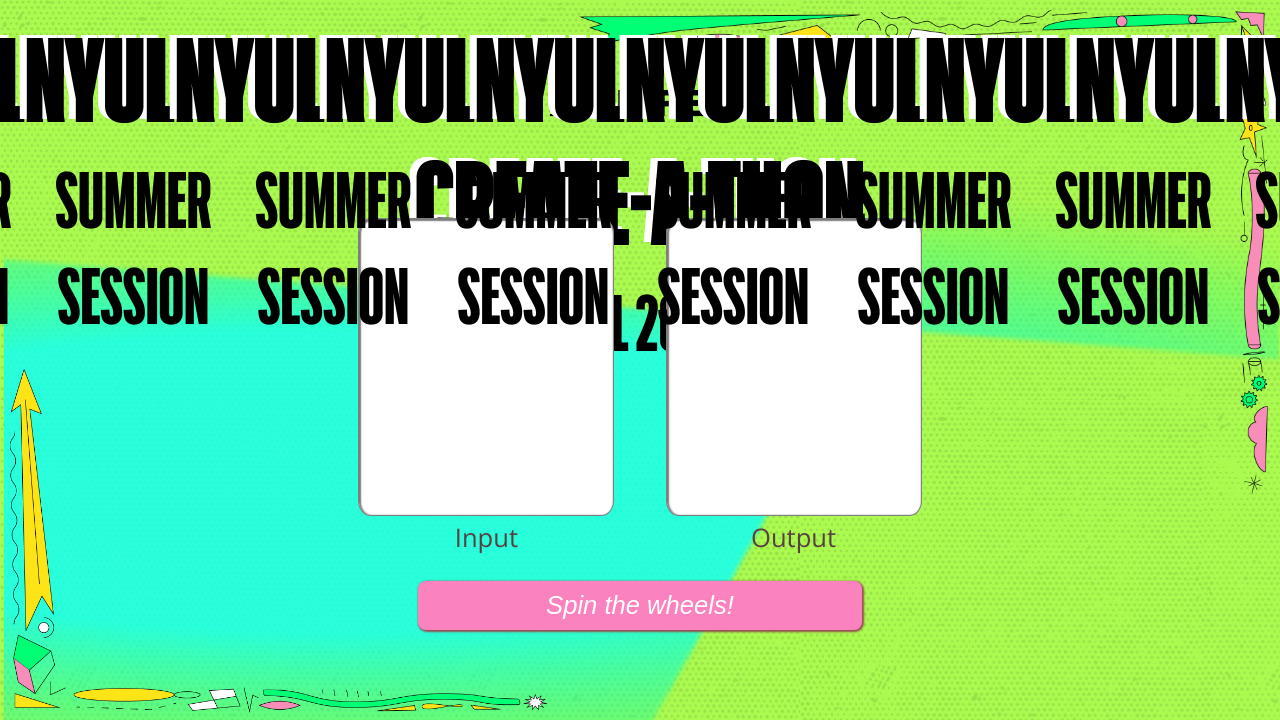
Repository: fakebrianho/IMA-Low-Res-Create-Athon-2022
Page: docs/project-generator/index.html
The author's editor kept a copy of each file at every save. The page is drawn from the files as they stood at one save, then again after the next save.
The browser window is 1280 px wide. The pictures show the whole page.

Above is the page before, as saved 2022-10-26 23:37:40.
Not found: docs/project-generator/libraries/p5.dom.js
Not found: docs/project-generator/libraries/p5.js
Not found: docs/project-generator/libraries/p5.sound.js

### docs/project-generator/index.html
<!DOCTYPE html>
<html>

<head>
  <script src="libraries/p5.js"></script>
  <script src="libraries/p5.dom.js"></script>
  <script src="libraries/p5.sound.js"></script>
  <link
    href="https://fonts.googleapis.com/css2?family=Open+Sans:ital,wght@0,300;0,400;0,600;0,700;0,800;1,300;1,400;1,600;1,700;1,800&display=swap"
    rel="stylesheet">
  <link rel="stylesheet" type="text/css" href="style.css">
  <meta charset="utf-8">
  <title>Create-Athon Project Generator</title>
</head>

<body>
  <header>

  </header>

  <section>
    <div id='center-container'>
      <img src="image/lowres_logo_black.png" style="max-width: 200px">
      <h1>Create-a-Thon</h1>
      <h2>Fall 2022</h2>
    </div>
    <div id="wheel-container">
      <div class="fakeHeader">
        <h1 style="opacity: 0"><span>NYULR</span></h1>
        <h2 style="opacity: 0"><span>SUMMER SESSION</span></h2>
      </div>

      <div class="prompt" id="input-prompt">
        <div class="changing-segment">
          <div id="inputs">
          </div>
        </div>
        <div class="prompt-label" id="input-label">Input</div>
      </div>

      <div class="prompt" id="output-prompt">
        <div class="changing-segment">
          <div id="outputs">
          </div>
        </div>
        <div class="prompt-label" id="output-label">Output</div>
      </div>

    </div>

    <div id="button-container">
      <button> Spin the wheels! </button>
    </div>

  </section>
  <script src='gsap.min.js'></script>
  <script src='index.js'></script>
  <script src="sketch.js"></script>
  <script src="wheel.js"></script>

</body>

</html>

### docs/project-generator/style.css
@font-face {
	src: url('font/BildVariableV3-VF.woff2') format('woff2-variations'),
		url('font/BildVariableV3-VF.woff') format('woff');
	font-family: 'Bild Variable V3 Web';
	font-weight: 700 900;
	font-style: normal;
}

html,
body {
	margin: 0;
	padding: 0;
	width: 100%;
	height: 100%;
	box-sizing: border-box;
	font-family: 'Open Sans', sans-serif;
}

section {
	width: 100%;
	height: 100%;
	position: absolute;
	background: url(image/bg_border-top.png), url(image/bg_border-bottom.png),
		url(image/bg_gradient.png), url(image/bg_texture.png), #aafa50;
	background-repeat: no-repeat, no-repeat, no-repeat, repeat;
	background-size: auto 70vh, auto 50vh, 100vw 120vh, 800px auto;
	background-position: right top, left 50vh, left 25vh, 0 0;
}

div {
	text-align: center;
}

h1 {
	font-family: 'Bild Variable V3 Web';
	font-size: 120px;
	font-weight: 900;
	hyphens: true;
	font-synthesis: none;
	text-transform: uppercase;
	text-shadow: -7px -3px #ffffff;
	margin: 0;
	font-variation-settings: 'wdth' 60;
}

h2 {
	font-family: 'Bild Variable V3 Web';
	font-size: 80px;
	font-weight: 700;
	hyphens: true;
	font-synthesis: none;
	margin: 0;
	text-transform: uppercase;
	font-variation-settings: 'wdth' 100;
}

#center-container {
	margin-top: 80px;
	position: fixed;
	width: 100vw;
}

.fakeHeader {
	position: fixed;
	top: 8px;
	left: 0;
	overflow: hidden;
	width: 100%;
	font-size: 16px;
	font-weight: 800;
	z-index: 10;
}

.fakeHeader h1,
.fakeHeader h2 {
	display: flex;
}

h1 span,
h2 span {
	width: 150px;
	display: inline-block;
	flex: 0 0 auto;
	/* opacity: 0; */
}

h2 span {
	width: 200px;
}

p {
	position: relative;
	overflow: hidden;
	overflow-x: auto;
}

#wheel-container {
	display: flex;
	justify-content: center;
	margin-top: 15%;
	overflow: hidden;
}

.prompt {
	display: flex;
	flex-direction: column;
	width: 20%;
	padding: 2%;
	text-align: center;
	overflow: hidden;
}

.changing-segment {
	box-shadow: 1px 1px 1.5px 1px #777 inset;
	border-radius: 5%;
	border-style: groove;
	border-color: gray;
	border-width: 1px;
	position: relative;
	overflow: none;
	background-color: #fff;
	color: black;
	height: 17rem;
	padding: 1rem 0 0.5rem 0;
	font-size: 1.2rem;
	line-height: 1.55rem;
}

#inputs,
#outputs {
	padding: 5%;
}

.prompt-label {
	color: #594042;
	margin-top: 0.3rem;
	font-size: 1.6rem;
}

#button-container {
	margin-top: 0%;
	text-align: center;
}

button {
	background: #fa82be;
	/* background: #96c8dc; */
	cursor: pointer;
	box-shadow: 1px 1px 2px 1px rgb(148, 79, 79);
	color: white;
	border-width: 0px;
	border-radius: 0.5rem;
	padding: 0.8% 10% 0.8% 10%;
	font-size: 1.6rem;
	font-weight: 400;
	font-style: italic;
}

### docs/project-generator/index.js
const carousels = document.querySelectorAll('.fakeHeader h1, .fakeHeader h2')
const fadeInTimeline = gsap.timeline()
fadeInTimeline
	.set(carousels, { opacity: 0 })
	.to(carousels, { opacity: 1, delay: 1, stagger: 1, duration: 2 })
carousels.forEach((carousel) => {
	const spanTag = carousel.querySelector('span')
	const spanWidth = spanTag.clientWidth
	for (let i = 0; i < 20; i++) {
		carousel.appendChild(spanTag.cloneNode(true))
	}
	const movementTimeline = gsap.timeline({
		repeat: -1,
	})
	movementTimeline
		.set(carousel, { x: 0 })
		.to(carousel, { x: spanWidth * -1, duration: 6, ease: 'linear' })
})

console.log('hello')

### docs/presentation-order/sketch.js
let spinButton;
let data;
let inputWheel, outputWheel;
let clickSound, endSound, gameShow;
let isSpinning = false;
let resourcesAvailable = false;

function preload() {
  data = loadJSON('data/generator.json');
  //sounds are public domain
  clickSound = loadSound('sound/faded_sine.mp3');
  endSound = loadSound('sound/Electronic_Chime-KevanGC-495939803.mp3');
  // maybe not this sound?
  gameShow = loadSound('sound/gameshow_short.mp3');
}

function windowResized(){
  resizeCanvas(windowWidth, windowHeight);
}

function setup() {
  frameRate(60);

  clickSound.setVolume(0.4);
  gameShow.setVolume(0.5);

  inputWheel = new Wheel(
    '#inputs',
    data.input
  );
  outputWheel = new Wheel(
    '#outputs',
    data.output
  );

  spinButton = select('button');
  spinButton.mouseClicked(startSpin);
}

function draw() {

  // workaround, see line 69
  // if (inputWheel.spin) {
  //   // inputWheel.move();
  // }
  if (outputWheel.spin) {
    outputWheel.move();
  }

  if(isSpinning){
    if(inputWheel.difference == 0 && outputWheel.difference == 0){
      endSound.play();
      setTimeout(() => {  gameShow.play(); }, 100);
      isSpinning = false;
    }
  }

}

function startSpin(

  clickEvent,
  targetInput = floor(random(data.input.length)),
  targetOutput = floor(random(data.output.length)),

) {
  isSpinning = true;

  // inputWheel.target = targetInput; // not the target that displays!!
  // inputWheel.spin = true;
  inputWheel.update(targetInput);
  // inputWheel.resetAriaHidden();

  outputWheel.target = targetOutput;
  outputWheel.spin = true;
  outputWheel.resetAriaHidden();

  // console.log(
  //   'make a something where the input is ' +
  //     data.input[targetInput] +
  //     ' and an output is ' +
  //     data.output[targetOutput]
  // );

  // remove data from array here
  console.log(data.input[targetInput]);
  data.input.splice(targetInput, 1);
  console.log(data.input);
}

### docs/project-generator/wheel.js
class Wheel {
    constructor(parentID, data, count = 5, startIndex = 0) {
        this.count = count;
        this.data = data;
        this.numOfCycles = Math.floor(random(2,4));
        this.startIndex = startIndex;
        this.currentIndex = this.startIndex - this.data.length*this.numOfCycles;
        this.parentID = parentID;
        this.elements = [];
        this.position = [];
        this.target = startIndex;
        this.speed = 5;
        this.difference = 0;

        for (let i = 0; i < this.count; i++) {
            this.elements[i] = createP(this.data[(this.startIndex + i - floor(this.count / 2)) % this.data.length]);
            this.elements[i].parent(this.parentID);
            this.elements[i].attribute('aria-hidden', true);
            this.elements[i].style('color', rgbToHex(int(random(120)), int(random(120)), int(random(120))));
            this.position[i] = this.elements[i].position();
            if (i == floor(this.count / 2)) {
                this.elements[i].attribute('aria-hidden', false);
            } else {
                this.elements[i].style('visibility', 'hidden');
            }
        }
        // this feels hacky?
        this.startTop = this.position[0].y;
        this.currTop = parseInt(this.elements[0].style('top'));
        this.distanceBetweenElements = this.position[1].y - this.position[0].y;

        this.spin = false;
    }

    resetAriaHidden() {
        for (let i = 0; i < this.count; i++) {
            this.elements[i].attribute('aria-hidden', true);
            this.elements[i].style('visibility', 'visible');
        }
    }
    move() {
        this.currTop -= this.speed;

        this.difference = int(this.target) - int(this.currentIndex);
        this.speed = 60 * abs((this.difference) % (this.data.length*this.numOfCycles*2)) / (this.data.length*this.numOfCycles*2);

        // console.log(this.data[this.target],this.target, this.currentIndex, this.difference, (this.data.length*this.numOfCycles), this.speed);
        if (this.currTop < -this.distanceBetweenElements / 2) {
            clickSound.play();
            this.currentIndex++;
            this.startIndex = this.currentIndex + this.data.length*this.numOfCycles;
            this.startIndex %= this.data.length;
            this.elements[0].remove();
            this.currTop = 0;
            this.elements.splice(0, 1);
            this.elements.push(createP(this.data[(this.data.length + this.startIndex + floor(this.count / 2)) % this.data.length]));
            this.elements[this.elements.length - 1].parent(this.parentID);
            this.elements[this.elements.length - 1].attribute('aria-hidden', true);
            this.elements[this.elements.length - 1].style('color', rgbToHex(int(random(120)), int(random(120)), int(random(120))));
        }
        for (let i = 0; i < this.elements.length; i++) {
            this.elements[i].style('top', this.currTop + 'px');
        }
          if (this.difference == 0) {
            this.spin = false;
            this.numOfCycles = floor(random(2,5));
            this.currentIndex = this.startIndex - this.data.length*this.numOfCycles;
            for (let i = 0; i < this.elements.length; i++) {
                if (i == floor(this.elements.length / 2)) {
                    this.elements[i].attribute('aria-hidden', false);
                    this.elements[i].addClass('wrap');
                } else {
                    this.elements[i].style('visibility', 'hidden');
                }
            }
        }
    }
}

function componentToHex(c) {
    var hex = c.toString(16);
    return hex.length == 1 ? "0" + hex : hex;
}

function rgbToHex(r, g, b) {
    return "#" + componentToHex(r) + componentToHex(g) + componentToHex(b);
}

Loaded but not shown: docs/project-generator/gsap.min.js (library)

After the next save:
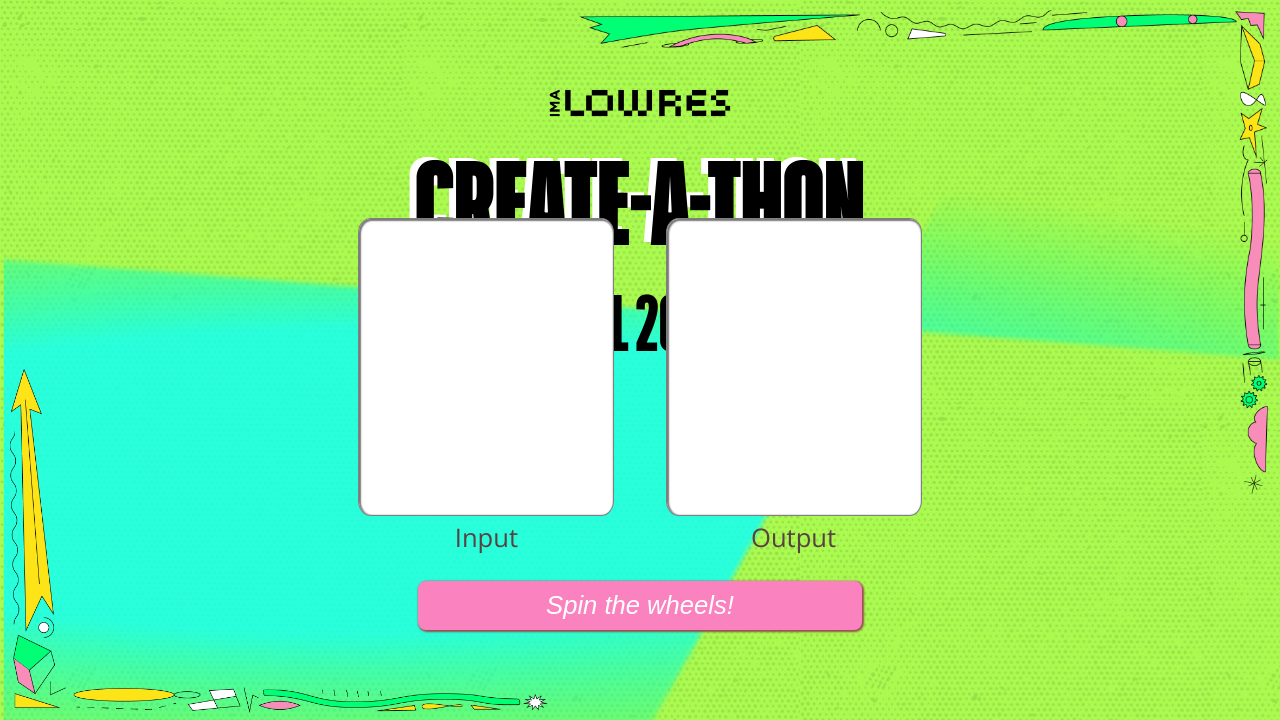
Saved 39 s later.
--- a/docs/project-generator/style.css
+++ b/docs/project-generator/style.css
@@ -68,7 +68,7 @@
 	width: 100%;
 	font-size: 16px;
 	font-weight: 800;
-	z-index: 10;
+	z-index: -1;
 }
 
 .fakeHeader h1,
